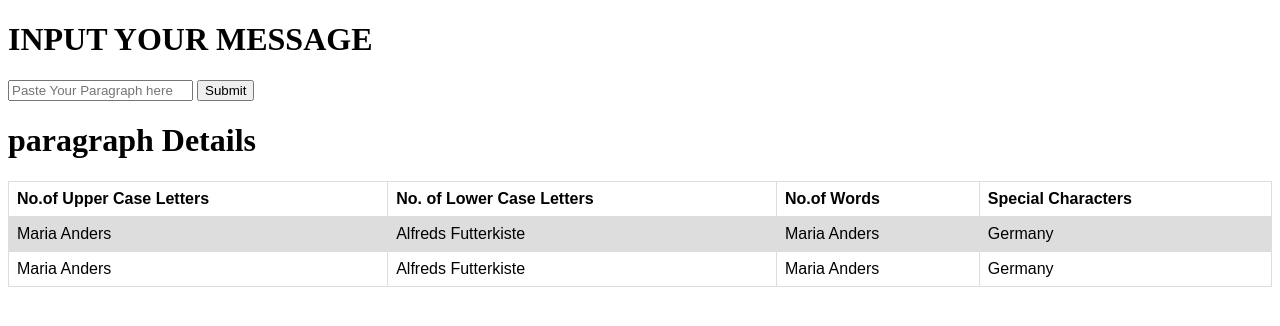
Repository: SharonSebastian32/Paragraph_management_application
Page: index.html
These files come from the project's save history. The page is drawn as it stood at one moment and after the next save; the edit follows.
The browser window is 1280 px wide. The pictures show the whole page.

Above is the page before, as saved 2024-08-22 14:34:05.

### index.html
<!DOCTYPE html>
<html lang="en">
  <head>
    <meta charset="UTF-8" />
    <meta name="viewport" content="width=device-width, initial-scale=1.0" />
    <title>Document</title>
    <link rel="stylesheet" href="./Style.css" />
  </head>
  <body>
    <div class="container">
      <h1>INPUT YOUR MESSAGE</h1>
      <form action="">
        <input
          type="textarea"
          name=""
          id=""
          placeholder="Paste Your Paragraph here"
        />
        <button>Submit</button>
      </form>
      <h1>paragraph Details</h1>
      <table>
        <tr>
          <th>No.of Upper Case Letters</th>
          <th>No. of Lower Case Letters</th>
          <th>No.of Words</th>
          <th>Special Characters</th>
        </tr>
        <tr>
          <td>Maria Anders</td>
          <td>Alfreds Futterkiste</td>
          <td>Maria Anders</td>
          <td>Germany</td>
        </tr>
        <tr>
          <td>Maria Anders</td>
          <td>Alfreds Futterkiste</td>
          <td>Maria Anders</td>
          <td>Germany</td>
        </tr>
      </table>
    </div>
  </body>
</html>

Loaded but not shown: Style.css (common file)

After the next save:
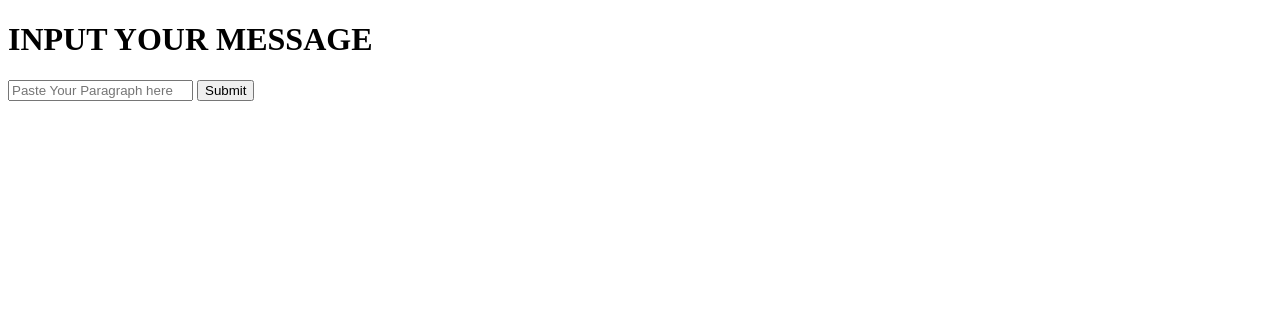
Saved 67 s later.
--- a/index.html
+++ b/index.html
@@ -18,27 +18,7 @@
         />
         <button>Submit</button>
       </form>
-      <h1>paragraph Details</h1>
-      <table>
-        <tr>
-          <th>No.of Upper Case Letters</th>
-          <th>No. of Lower Case Letters</th>
-          <th>No.of Words</th>
-          <th>Special Characters</th>
-        </tr>
-        <tr>
-          <td>Maria Anders</td>
-          <td>Alfreds Futterkiste</td>
-          <td>Maria Anders</td>
-          <td>Germany</td>
-        </tr>
-        <tr>
-          <td>Maria Anders</td>
-          <td>Alfreds Futterkiste</td>
-          <td>Maria Anders</td>
-          <td>Germany</td>
-        </tr>
-      </table>
+
     </div>
   </body>
 </html>

After the save that followed:
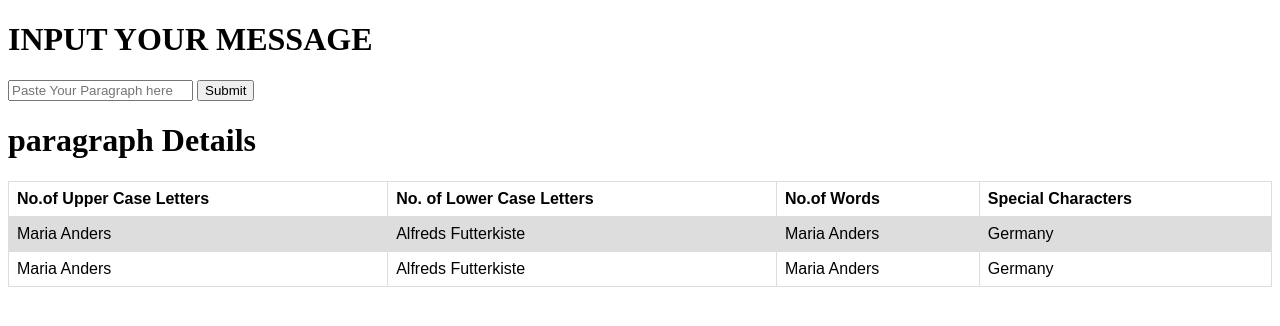
Saved 67 s later.
--- a/index.html
+++ b/index.html
@@ -18,7 +18,30 @@
         />
         <button>Submit</button>
       </form>
+    </div>
 
+    <div>
+      <h1>paragraph Details</h1>
+      <table>
+        <tr>
+          <th>No.of Upper Case Letters</th>
+          <th>No. of Lower Case Letters</th>
+          <th>No.of Words</th>
+          <th>Special Characters</th>
+        </tr>
+        <tr>
+          <td>Maria Anders</td>
+          <td>Alfreds Futterkiste</td>
+          <td>Maria Anders</td>
+          <td>Germany</td>
+        </tr>
+        <tr>
+          <td>Maria Anders</td>
+          <td>Alfreds Futterkiste</td>
+          <td>Maria Anders</td>
+          <td>Germany</td>
+        </tr>
+      </table>
     </div>
   </body>
 </html>
